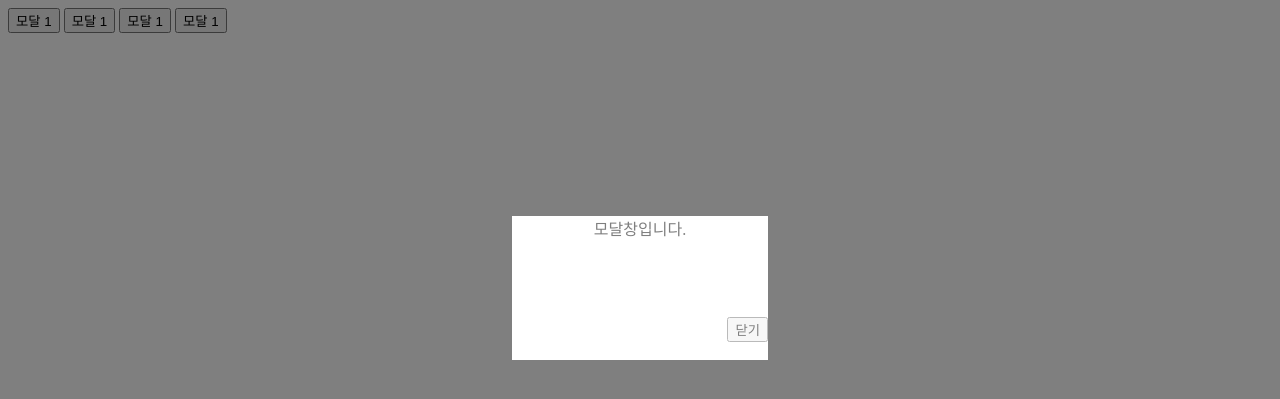
Repository: leetaehyeon123/SpringBaseSources
Page: http://localhost/modal/
An editor plug-in stored every save of this project. The page is shown before and after the next save, followed by the edit.
The browser window is 1280 px wide. The pictures show the whole page.
The page is served by Tomcat 9.

Above is the page before, as saved 2020-09-01 02:30:14.

After the next save:
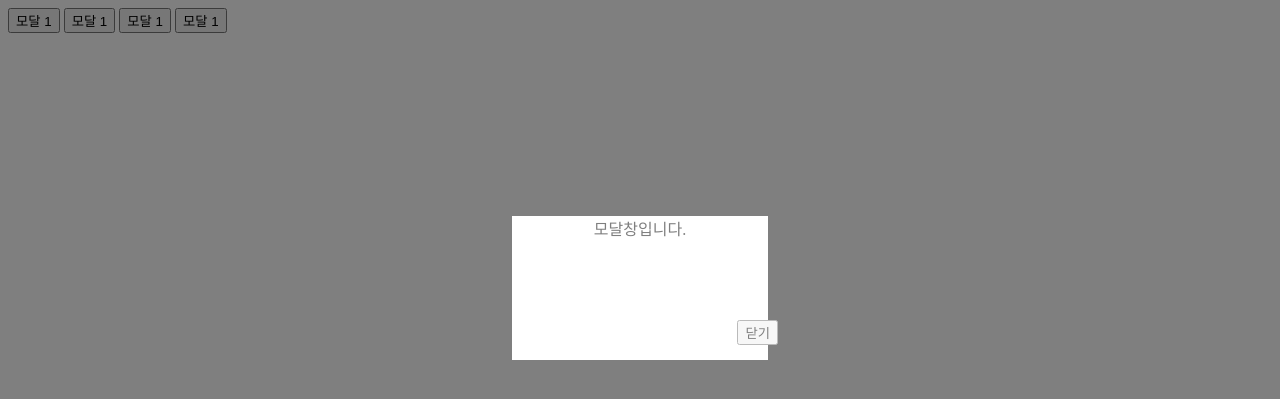
Saved 31 s later.
--- a/모달창 소스코드/modal/modal/src/main/webapp/WEB-INF/views/modal.jsp
+++ b/모달창 소스코드/modal/modal/src/main/webapp/WEB-INF/views/modal.jsp
@@ -31,7 +31,7 @@ function c1(){
 				<div	 style="height: 70%; width: 100%; text-align: center;">
 							<p>모달창입니다.</p>
 				</div>
-				<div 	style="width: 100%; text-align: right">
+				<div 	style="width: 100%; text-align: right; padding: 3px 10px;">
 						<input type="button" value="닫기">
 				</div>
 		</div>
